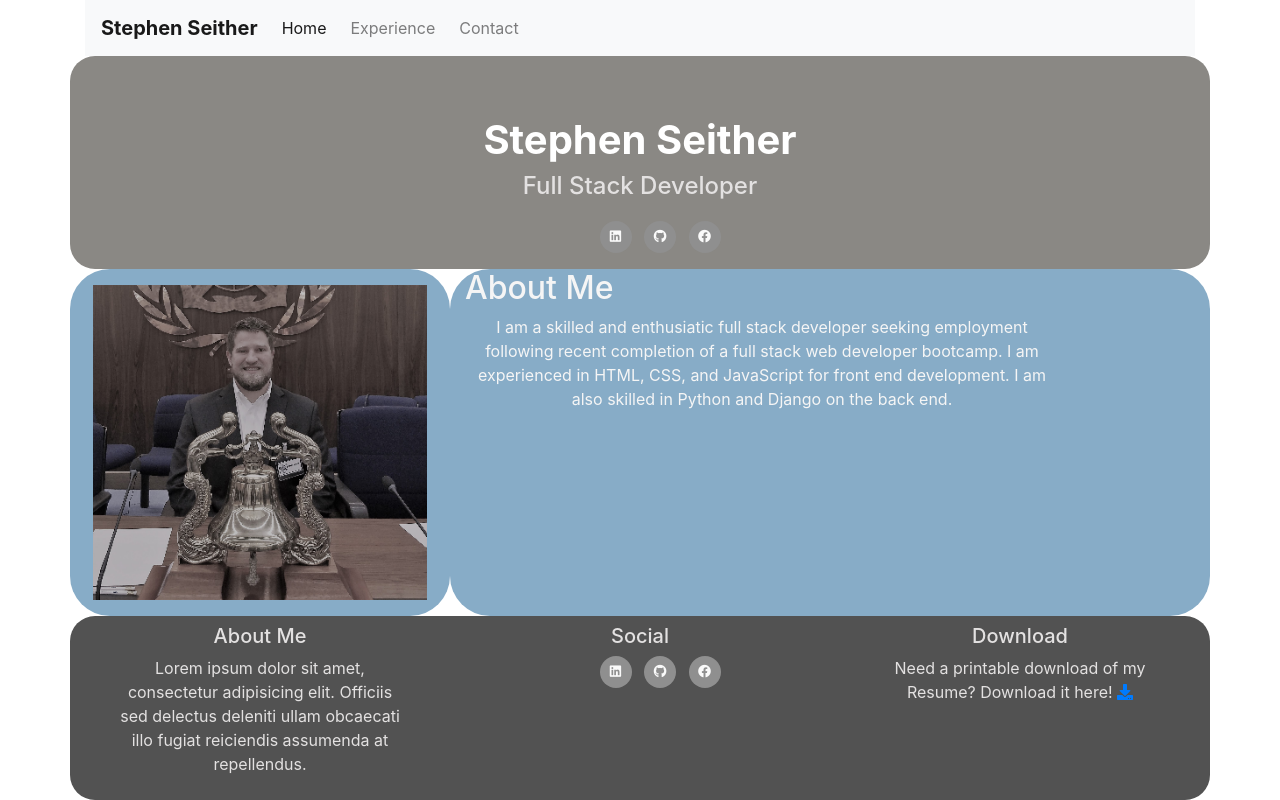
Repository: stephenseither/First-Milestone-Project
Page: index.html
The author's editor kept a record of every edit. The page is drawn from the files as they stood at one moment, then again after the next edit.
The browser window is 1280 px wide. The pictures show the whole page.
Some web libraries are served in a nearby version.

Above is the page before.

### index.html
<!DOCTYPE html>
<html lang="en">

<head>
    <meta charset="UTF-8">
    <meta name="viewport" content="width=device-width, initial-scale=1.0">
    <meta http-equiv="X-UA-Compatible" content="ie=edge">
    <link rel="stylesheet" href="https://stackpath.bootstrapcdn.com/bootstrap/4.3.1/css/bootstrap.min.css" integrity="sha384-ggOyR0iXCbMQv3Xipma34MD+dH/1fQ784/j6cY/iJTQUOhcWr7x9JvoRxT2MZw1T" crossorigin="anonymous">
    <link rel="stylesheet" href="https://use.fontawesome.com/releases/v5.10.2/css/all.css" integrity="sha384-rtJEYb85SiYWgfpCr0jn174XgJTn4rptSOQsMroFBPQSGLdOC5IbubP6lJ35qoM9" crossorigin="anonymous">
    <link rel="stylesheet" href="assets/css/style.css" type="text/css" />
    <title>Document</title>
</head>

<body>
    <div class="container">
        <div class="row no-gutters">
            <div class="col">
                <nav class="navbar navbar-light bg-light navbar-expand-sm no-gutters">
                    <a href="index.html" class="navbar-brand font-weight-bold">Stephen Seither</a>

                    <button class="navbar-toggler ml-auto" type="button" data-toggle="collapse" data-target="#navbarNavDropdown" aria-controls="navbarNavDropdown" aria-expanded="false" aria-label="Toggle navigation">
            <span class="navbar-toggler-icon"></span></button>

                    <div class="collapse navbar-collapse" id="navbarNavDropdown">
                        <ul class="navbar-nav mr-auto">
                            <li class="active nav-item mr-2"><a class="nav-link" href="index.html">Home</a></li>
                            <li class="nav-item mr-2"><a class="nav-link" href="experience.html">Experience</a></li>
                            <li class="nav-item mr-2"><a class="nav-link" href="contact.html">Contact</a></li>
                        </ul>
                    </div>
                </nav>
            </div>
        </div>


        <div class="row rounded-top">

            <div class="col bg-header heading">
                <div class="row">
                    <div class="col">
                        <h1 class="name font-weight-bold">Stephen Seither</h1>
                        <h4 class="title">Full Stack Developer</h4>
                    </div>
                </div>
                <div class="row">
                    <div class="col">
                        <ul class="list-inline social-links">
                            <li class="list-inline-item">
                                <a href="https://www.linkedin.com/in/stephen-seither-254ba7b7" target="_blank">
                                <i class="fab fa-linkedin" aria-hidden="true"></i>
                                <span class="sr-only">LinkedIn</span>
                                </a>
                            </li>
                            <li class="list-inline-item">
                                <a href="https://github.com/stephenseither" target="_blank">
                                    <i class="fab fa-github" aria-hidden="true"></i>
                                    <span class="sr-only">GitHub</span>
                                </a>
                            </li>
                            <li class="list-inline-item">
                                <a href="https://www.facebook.com/stephen.seither" target="_blank">
                                    <i class="fab fa-facebook" aria-hidden="true"></i>
                                    <span class="sr-only">Facebook</span>
                                </a>
                            </li>
                        </ul>
                    </div>
                </div>
            </div>
        </div>
    </div>

    <section class="container">
        <div class="row">
            <div class="col-sm-4 photo">
                <img src="assets/images/stephen-1.jpg" alt="stephen" class="img-fluid img-responsive rounded py-3 px-2" />
            </div>
            <div class="col-md-8 about-me">
                <h2>About Me</h2>
                <p>I am a skilled and enthusiatic full stack developer seeking employment following recent completion of a full stack web developer bootcamp. I am experienced in HTML, CSS, and JavaScript for front end development. I am also skilled in Python
                    and Django on the back end. </p>
            </div>

        </div>
    </section>

    <footer>
        <div class="container footer">
            <div class="row">
                <div class="col-md-4 px-5 py-2">
                    <h5>About Me</h5>
                    <p>Lorem ipsum dolor sit amet, consectetur adipisicing elit. Officiis sed delectus deleniti ullam obcaecati illo fugiat reiciendis assumenda at repellendus.</p>
                </div>
                <div class="col-md-4 px-5 py-2">
                    <h5 class="uppercase general-sub">Social</h5>
                    <ul class="list-inline social-links">
                        <li class="list-inline-item">
                            <a href="https://www.linkedin.com/in/stephen-seither-254ba7b7" target="_blank">
                                <i class="fab fa-linkedin" aria-hidden="true"></i>
                                <span class="sr-only">LinkedIn</span>
                                </a>
                        </li>
                        <li class="list-inline-item">
                            <a href="https://github.com/stephenseither" target="_blank">
                                    <i class="fab fa-github" aria-hidden="true"></i>
                                    <span class="sr-only">GitHub</span>
                                </a>
                        </li>
                        <li class="list-inline-item">
                            <a href="https://www.facebook.com/stephen.seither" target="_blank">
                                    <i class="fab fa-facebook" aria-hidden="true"></i>
                                    <span class="sr-only">Facebook</span>
                                </a>
                        </li>
                    </ul>
                </div>
                <div class="col-md-4 px-5 py-2">
                    <h5>Download</h5>
                    <p>Need a printable download of my Resume? Download it here!
                        <a href="assets/resume/resume.pdf" target="_blank"><i class="fa fa-download" aria-hidden="true"></i>
                        <span class="sr-only">Download link.</span>
                        </a>
                    </p>
                </div>
            </div>
        </div>
    </footer>
    <script src="https://code.jquery.com/jquery-3.3.1.slim.min.js" integrity="sha384-q8i/X+965DzO0rT7abK41JStQIAqVgRVzpbzo5smXKp4YfRvH+8abtTE1Pi6jizo" crossorigin="anonymous"></script>
    <script src="https://cdnjs.cloudflare.com/ajax/libs/popper.js/1.14.3/umd/popper.min.js" integrity="sha384-ZMP7rVo3mIykV+2+9J3UJ46jBk0WLaUAdn689aCwoqbBJiSnjAK/l8WvCWPIPm49" crossorigin="anonymous"></script>
    <script src="https://stackpath.bootstrapcdn.com/bootstrap/4.1.3/js/bootstrap.min.js" integrity="sha384-ChfqqxuZUCnJSK3+MXmPNIyE6ZbWh2IMqE241rYiqJxyMiZ6OW/JmZQ5stwEULTy" crossorigin="anonymous"></script>
</body>

</html>

### assets/css/style.css
/*---------------------------Media Queries---------------------- */

@media (hover: none) {
    .contact-info {
        background-color: #7395ae;
        opacity: 1.2;
    }
}


/*---------------------------BG Colors---------------------- */

.bg-header {
    background-color: #8a8884;
}

.about-me {
    background-color: #87acc7;
}

.photo {
    background-color: #87acc7;
}

.contact-info {
    background-color: #7395ae;
    opacity: 0.75;
    transition: opacity .5s ease-out, font-weight .25s ease-in-out;
    -moz-transition: opacity .5s ease-out, font-weight .25s ease-in-out;
    -webkit-transition: opacity .5s ease-out, font-weight .25s ease-in-out;
    color: #fafafa;
    font-weight: normal;
}

.contact-info:hover {
    opacity: 1.2;
    font-weight: bold;
}

.bg-work-timeline {
    background-color: #87acc7;
}

.bg-school-timeline {
    background-color: #87acc7;
}

/*---------------------------Header---------------------- */

.heading {
    text-align: center;
    border-radius: 25px;
}

.name {
    margin-top: 60px;
    color: #fff;
}

.title {
    color: #e3e1e1;
    margin-bottom: 20px;
}

.social-links {
    margin-left: 40px;
}

.social-links li a i {
    width: 32px;
    height: 32px;
    padding: 12px 2px;
    border-radius: 50%;
    font-size: 13px;
    line-height: 7px;
    text-align: center;
    color: #fafafa;
    background: #8f8f8f;
    transition: all 0.35s ease-in-out, ;
    -moz-transition: all 0.35s ease-in-out;
    -webkit-transition: all 0.35s ease-in-out;
    -o-transition: all 0.35s ease-in-out;
}

.social-links li a i:hover {
    background-color: #b8784b;
    transform: scale(1.5);
    -webkit-transform: scale(1.5);
    -moz-transform: scale(1.5);
    -o-transform: scale(1.5);
}


/*---------------------------About Me---------------------- */

.about-me {
    border-width: 2px 4px;
    border-radius: 40px;
    color: #f5f5f5;
}

.about-me p {
    width: 80%;
    margin-left: 5px;
    color: #f5f5f5;
}

.photo {
    border-width: 2px 4px;
    border-radius: 40px;
}

/*---------------------------Contact Info---------------------- */

.personal-info-item {
    margin-bottom: 10px;
    display: block;
    clear: both;
    font-size: 20px;
}

.personal-info-item .title,
.personal-info-item .value {
    display: inline-block;
    padding-right: 15px;
}

/*--------------------------Resume---------------------- */

.resume {
    background-color: #8a8884;
    text-align: center;
    color: #fafafa;
    padding: 8px;
}

.work-history {
    color: #f5f5f5;
    text-align: center;
}

.work-timeline {
    border-width: 2px 4px;
    border-radius: 40px;
}

.timeline-item {
    padding: 4em 2em 0em 2em;
    position: relative;
    color: #fafafa;
    border-left: 1px solid;
}

.timeline-item p {
    padding: 0;
    margin: 0;
}

.timeline-item:before {
    content: attr(data-dates);
    position: absolute;
    left: 2.5em;
    top: 3em;
    display: block;
    font-family: "Exo", sans-serif;
    font-weight: 500;
    font-size: 0.8em;
    padding: 0;
    margin: 0;
}

.timeline-item:after {
    width: 12px;
    height: 12px;
    display: block;
    top: 2.4em;
    position: absolute;
    left: -6px;
    border-radius: 12px;
    content: '';
    background-color: #fafafa;
}


.school {
    color: #f5f5f5;
    text-align: center;
}

.school-item {
    padding: 4em 2em 0em 2em;
    position: relative;
    color: #fafafa;
    border-left: 1px solid;
}


.school-timeline {
    border-width: 2px 4px;
    border-radius: 40px;
}

.school-item p {
    padding: 0;
    margin: 0;
}

.school-item:before {
    content: attr(data-dates);
    position: absolute;
    left: 2.5em;
    top: 3em;
    display: block;
    font-family: "Exo", sans-serif;
    font-weight: 500;
    font-size: 0.8em;
    padding: 0;
    margin: 0;
}

.school-item:after {
    width: 12px;
    height: 12px;
    display: block;
    top: 2.4em;
    position: absolute;
    left: -6px;
    border-radius: 12px;
    content: '';
    background-color: #fafafa;
}

/*---------------------------Footer---------------------------*/

.footer {
    background-color: #525252;
    border-radius: 25px;
}

footer h5,p {
    color: #e3e1e1;
}

footer h5,ul,p {
    text-align: center;
}

.social-links-footer li a i {
    width: 32px;
    height: 32px;
    padding: 12px 2px;
    border-radius: 50%;
    font-size: 13px;
    line-height: 7px;
    text-align: center;
    color: #fafafa;
    background: #8f8f8f;
    transition: all 0.35s ease-in-out, ;
    -moz-transition: all 0.35s ease-in-out;
    -webkit-transition: all 0.35s ease-in-out;
    -o-transition: all 0.35s ease-in-out;
}

.resume-pdf i {
    color: #f5f5f5;
    padding-left: 8px;
}

After the next edit:
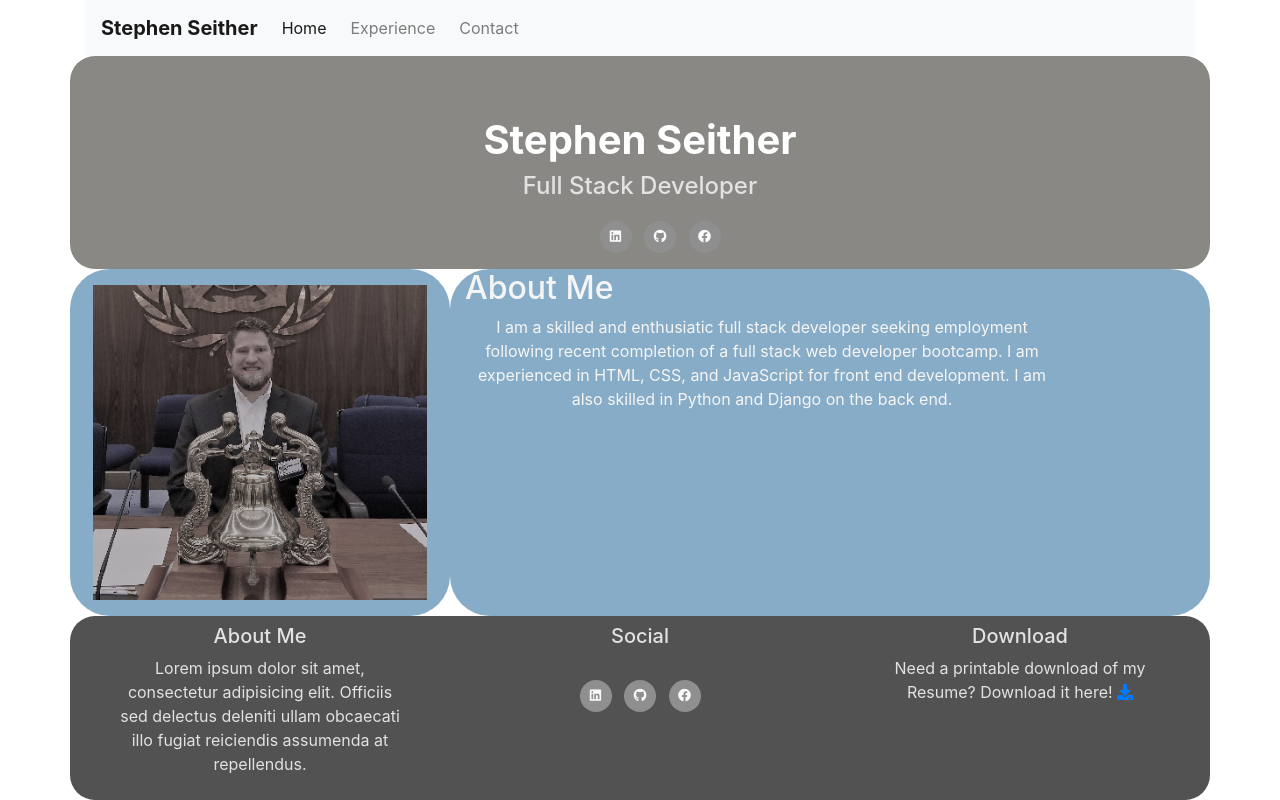
The edit:
--- a/index.html
+++ b/index.html
@@ -93,7 +93,7 @@
                 </div>
                 <div class="col-md-4 px-5 py-2">
                     <h5 class="uppercase general-sub">Social</h5>
-                    <ul class="list-inline social-links">
+                    <ul class="list-inline social-links-footer py-4">
                         <li class="list-inline-item">
                             <a href="https://www.linkedin.com/in/stephen-seither-254ba7b7" target="_blank">
                                 <i class="fab fa-linkedin" aria-hidden="true"></i>
